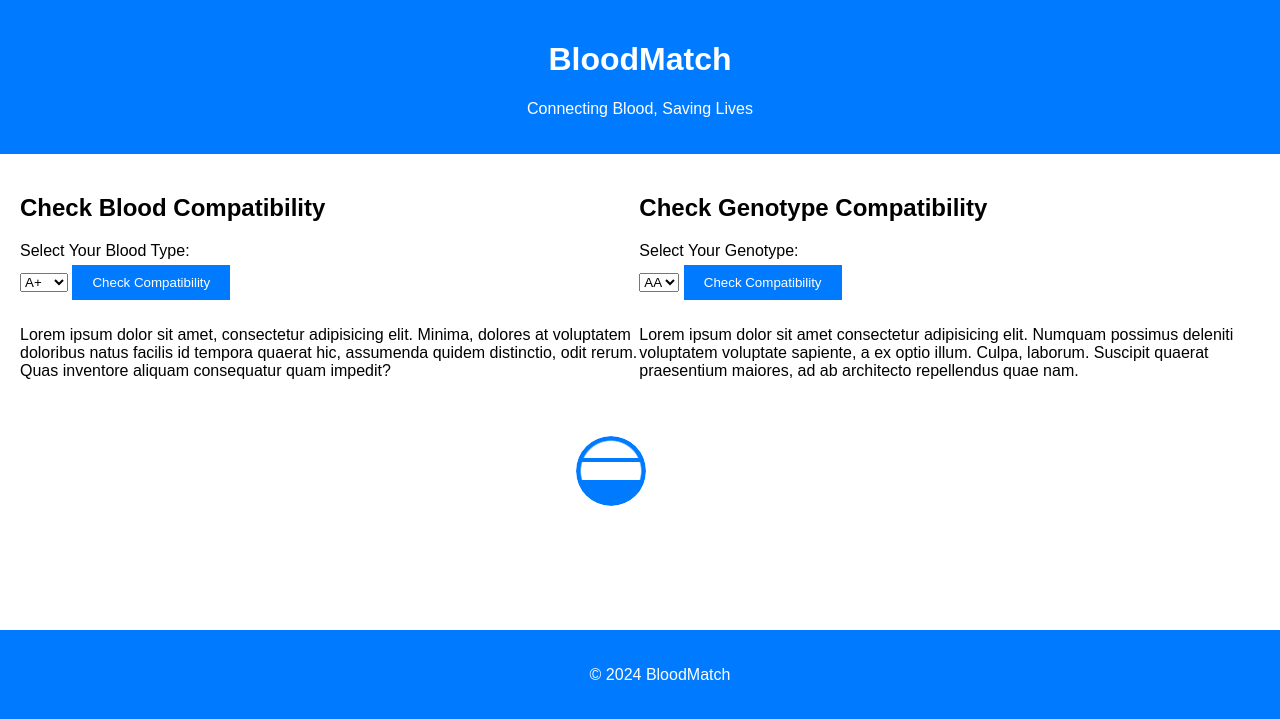
Repository: JuliusMonday/BloodMatch
Page: index.html
An editor plug-in stored every save of this project. The page is shown before and after the next save, followed by the edit.
The browser window is 1280 px wide. The pictures show the whole page.

Above is the page before, as saved 2024-05-02 16:47:10.

After the next save:
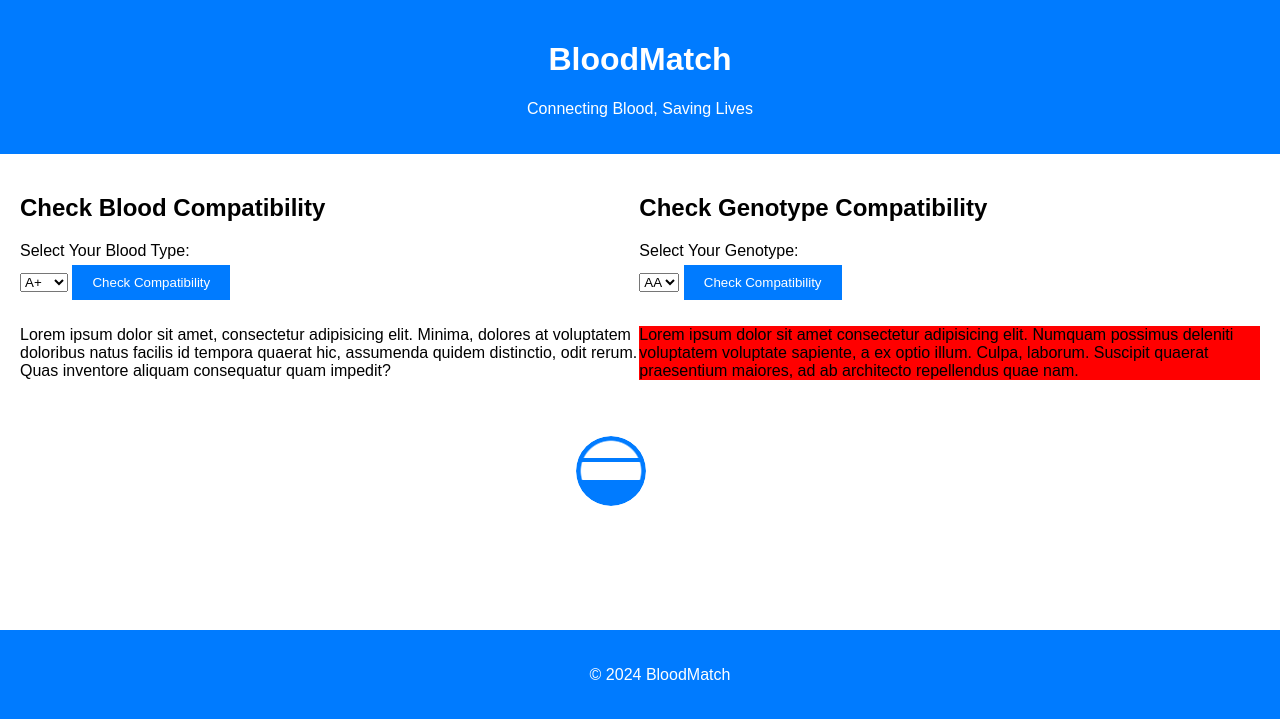
Saved 5 s later.
--- a/style.css
+++ b/style.css
@@ -44,7 +44,7 @@ body {
   #genotypeResult{
     border: 20px;
     border-color: blue;
-    background-color
+    background-color:red;
   }
   footer {
     bottom: 0;
